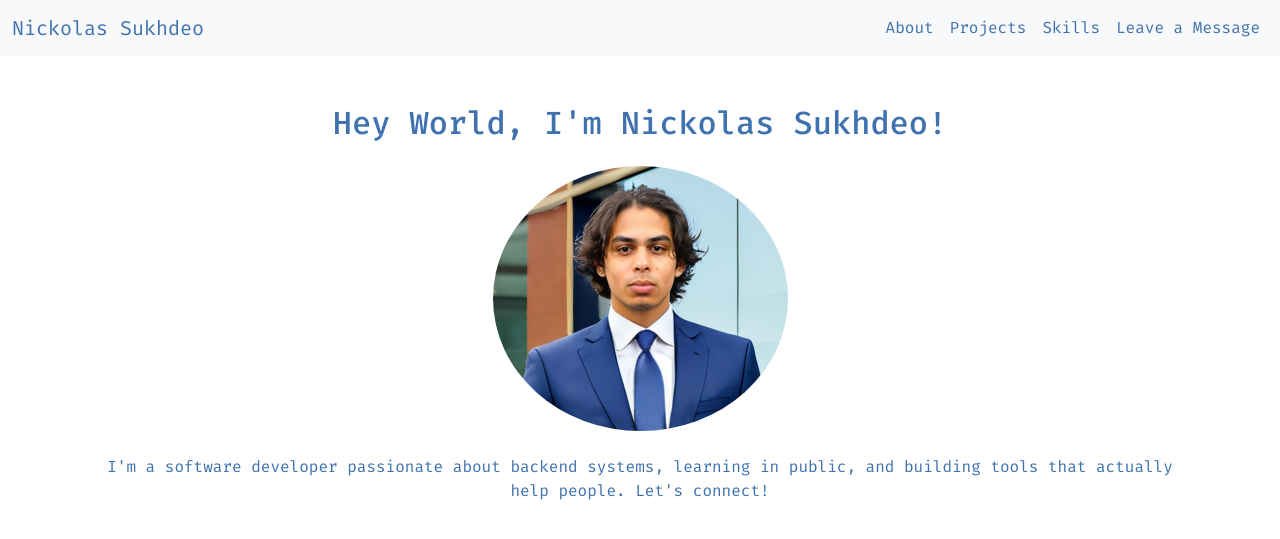
Repository: nlsukhde/porfolio
Page: index.html
These files come from the project's save history. The page is drawn as it stood at one moment and after the next save; the edit follows.
The browser window is 1280 px wide. The pictures show the whole page.

Above is the page before, as saved 2025-06-19 17:56:48.

After the next save:
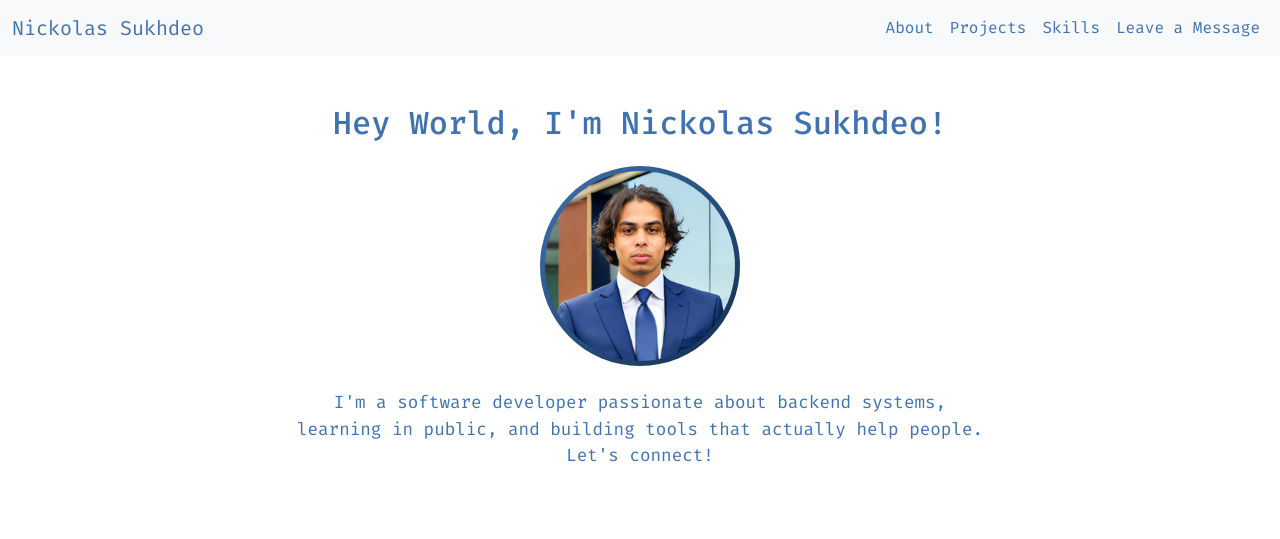
Saved 29 s later.
--- a/app.css
+++ b/app.css
@@ -21,8 +21,51 @@
   background-color: var(--color-bg-secondary) !important;
 }
 
-img{
-    border-radius: 50%;
+/* Gradient circular headshot */
+.headshot-wrapper {
+  width: 200px;
+  height: 200px;
+  border-radius: 50%;
+  background: linear-gradient(135deg, #3F72AF, #112D4E);
+  padding: 5px;
+  overflow: hidden;
+  transition: transform 0.3s ease;
+}
 
+.headshot-wrapper:hover {
+  transform: scale(1.05);
+}
 
+.headshot-img {
+  width: 100%;
+  height: 100%;
+  object-fit: cover;
+  border-radius: 50%;
+  transition: transform 0.3s ease;
 }
+
+.headshot-img:hover {
+  transform: scale(1.1);
+}
+
+/* Bio text */
+.bio p {
+  max-width: 700px;
+  margin: 0 auto;
+  font-size: 1.1rem;
+  color: var(--color-text);
+}
+
+/* Social icon styles */
+.social-links {
+  font-size: 2rem;
+}
+
+.social-icon {
+  color: var(--color-text);
+  transition: color 0.3s ease;
+}
+
+.social-icon:hover {
+  color: var(--color-accent);
+}
